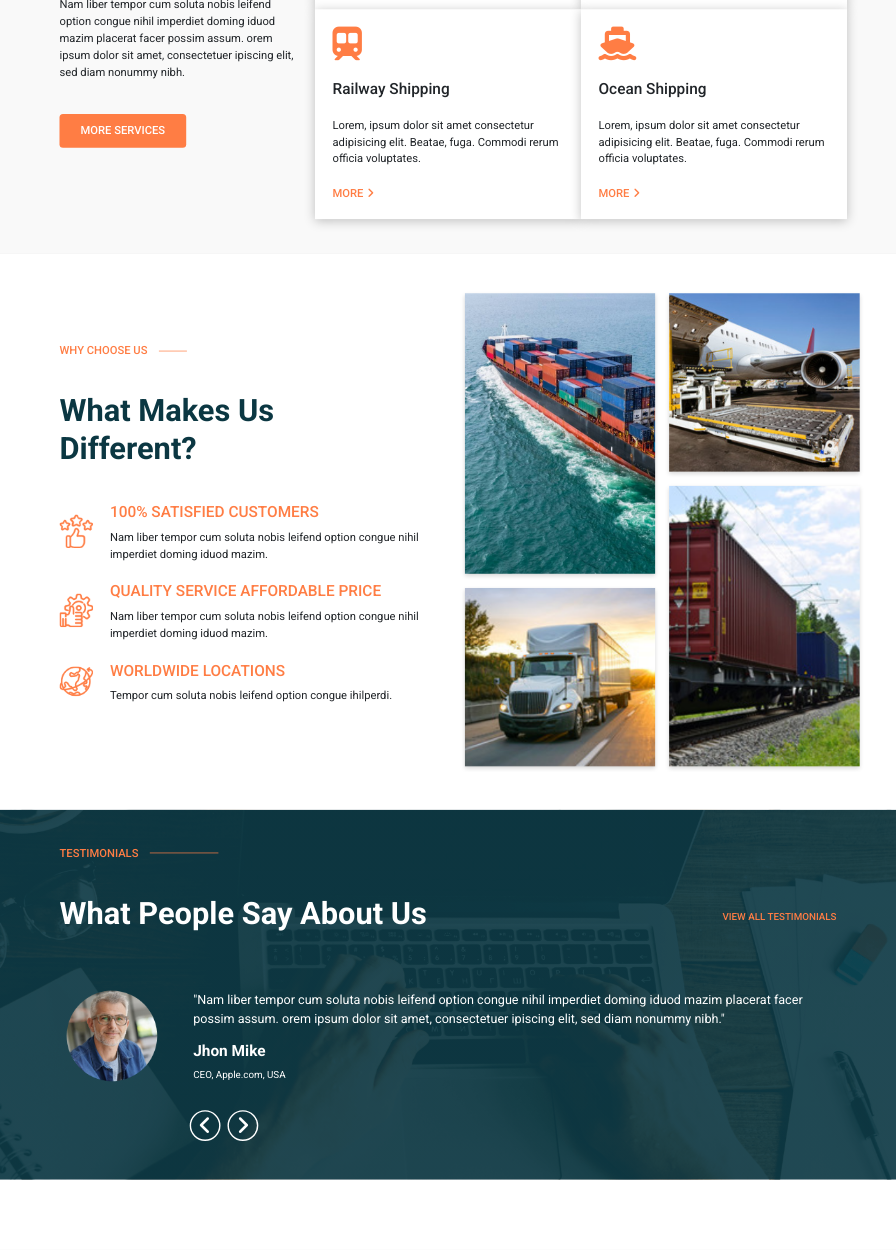
Repository: nazmulalok/shipping-theme
Page: index.html
The author's editor kept a copy of each file at every save. The page is drawn from the files as they stood at one save, then again after the next save.
The browser window is 1280 px wide. The pictures show the part of the page from y = 2050 to 3970 px (the page is 3835 px tall before and 3970 px after), at 70% of full size.
Some web libraries are served in a nearby version.

Above is the page before, as saved 2022-10-09 14:55:53.

### index.html
<!DOCTYPE html>
<html lang="en">

    <head>
        <meta charset="UTF-8">
        <meta http-equiv="X-UA-Compatible" content="IE=edge">
        <meta name="viewport" content="width=device-width, initial-scale=1.0">
        <link rel="preconnect" href="https://fonts.googleapis.com">
        <link rel="preconnect" href="https://fonts.gstatic.com" crossorigin>
        <link
            href="https://fonts.googleapis.com/css2?family=Roboto:ital,wght@0,300;0,400;0,500;0,700;0,900;1,300;1,400;1,500;1,700;1,900&display=swap"
            rel="stylesheet">
        <link rel="stylesheet"
            href="https://cdnjs.cloudflare.com/ajax/libs/OwlCarousel2/2.3.4/assets/owl.carousel.min.css"
            integrity="sha512-tS3S5qG0BlhnQROyJXvNjeEM4UpMXHrQfTGmbQ1gKmelCxlSEBUaxhRBj/EFTzpbP4RVSrpEikbmdJobCvhE3g=="
            crossorigin="anonymous" referrerpolicy="no-referrer" />
        <link rel="stylesheet"
            href="https://cdnjs.cloudflare.com/ajax/libs/OwlCarousel2/2.3.4/assets/owl.theme.default.min.css"
            integrity="sha512-sMXtMNL1zRzolHYKEujM2AqCLUR9F2C4/05cdbxjjLSRvMQIciEPCQZo++nk7go3BtSuK9kfa/s+a4f4i5pLkw=="
            crossorigin="anonymous" referrerpolicy="no-referrer" />
        <link rel="stylesheet" href="https://cdnjs.cloudflare.com/ajax/libs/font-awesome/6.2.0/css/all.min.css"
            integrity="sha512-xh6O/CkQoPOWDdYTDqeRdPCVd1SpvCA9XXcUnZS2FmJNp1coAFzvtCN9BmamE+4aHK8yyUHUSCcJHgXloTyT2A=="
            crossorigin="anonymous" referrerpolicy="no-referrer" />
        <link rel="stylesheet" href="https://cdn.jsdelivr.net/npm/bootstrap@4.0.0/dist/css/bootstrap.min.css"
            integrity="sha384-Gn5384xqQ1aoWXA+058RXPxPg6fy4IWvTNh0E263XmFcJlSAwiGgFAW/dAiS6JXm" crossorigin="anonymous">
        <link rel="stylesheet" href="style.css">
        <title>Document</title>
    </head>

    <body>
        <header class="header-top">
            <div class="container">
                <div class="top-bar">
                    <p class="m-0">Dolor sit amet, consetetur sadipscing elitr sed diam</p>
                    <div>
                        <span class="mr-4">Shipment Tracker</span>
                        <span>Login</span>
                    </div>
                </div>
                <div class="header-area">
                    <div class="logo">
                        <img src="images/shipping-logo.svg" alt="Shipping Logo">
                    </div>
                    <nav>
                        <ul>
                            <li><a href="#">Home</a></li>
                            <li><a href="#">About Us</a></li>
                            <li><a href="#">Service</a></li>
                            <li><a href="#">Project</a></li>
                            <li><a href="#">Blog</a></li>
                            <li><a href="#">News & Events</a></li>
                            <li><a href="#">Contact Us</a></li>
                        </ul>
                    </nav>
                    <div class="nav-btn">
                        <a class="common-btn mr-3" href="#">Get A Quote</a>
                        <i class="fa-solid fa-ellipsis-vertical"></i>
                    </div>
                </div>
            </div>
        </header>
        <!-- Slider -->
        <section>
            <div class="main-slider">
                <div class="container">
                    <div class="slide-content">
                        <div class="slide-text">
                            <div class="slider-title mb-4">Lorem ips<br>
                                dolor sit ametcon<br>
                                sadips cing</div>
                            <p>Nam liber tempor cum soluta nobis eleifend option</p>
                            <div class="sliderBtn mt-5"><a class="common-btn mr-4" href="#">Get Started Now</a><a
                                    class="common-btn outline-btn" href="#">Learn More</a></div>
                        </div>
                    </div>
                </div>
            </div>
        </section>
        <!-- Slider Ends -->
        <div class="common-sec">
            <div class="container">
                <div class="row align-items-center mb-5">
                    <div class="col-lg-6">
                        <h1 class="border-heading">Duis Autem Vel Eumri
                            Ure Dolor In Hend</h1>
                    </div>
                    <div class="col-lg-6">
                        <p class="ms-4">Nam liber tempor cum soluta nobis eleifend option congue nihil imperdiet doming
                            id quod mazim
                            placerat facer possim assum. Lorem ipsum dolor sit amet, consectetuer adipiscing.</p>
                    </div>
                </div>
                <div class="row mt-5">
                    <div class="col-lg-6">
                        <div class="video-box img-box img-shadow">
                            <img src="images/ship-products.jpg" alt="Ship Products" />
                            <a data-fancybox="" href="" class="video-btn">
                                <i class="fa fa-play"></i>
                            </a>
                        </div>
                        <div class="exp-section">
                            <div class="exp-title ml-4">
                                25
                            </div>
                            <div class="exp-paragraph">
                                Years <br>Experience <br>In It
                            </div>
                            <img src="images/exp-bg.png" alt="Experience">
                        </div>
                    </div>
                    <div class="col-lg-6">
                        <span class="sp-title">About Us</span>
                        <h2 class="mb-5">Lorem Ipsum Dolo
                            Sit Amet Conse</h2>
                        <p class="mb-5">Lorem ipsum dolor sit amet, consetetur sadipscing elitr, sed diam nonumy eirmod
                            tempor
                            invidunt.</p>
                        <div class="boxes">
                            <div class="common-box">
                                <div class="content">
                                    <i class="fa-solid fa-bullseye mb-4"></i>
                                    <div class="box-title mb-4">
                                        Our Mission
                                    </div>
                                    <p class="mb-4">Lorem, ipsum dolor sit amet consectetur adipisicing elit. Beatae,
                                        fuga. Commodi
                                        rerum
                                        officia voluptates.</p>
                                    <a href="#" class="more-btn">More</a>
                                </div>
                            </div>
                            <div class="common-box">
                                <div class="content">
                                    <i class="fa-regular fa-eye mb-4"></i>
                                    <div class="box-title mb-4">
                                        Our Vision
                                    </div>
                                    <p class="mb-4">Lorem, ipsum dolor sit amet consectetur adipisicing elit. Beatae,
                                        fuga. Commodi
                                        rerum
                                        officia voluptates.</p>
                                    <a href="#" class="more-btn">More</a>
                                </div>
                            </div>
                        </div>
                    </div>
                </div>
            </div>
        </div>
        <div class="common-sec service-sec">
            <div class="container">
                <div class="row align-items-center">
                    <div class="col-lg-4">
                        <span class="sp-title">Services</span>
                        <h2 class="mb-5">Our Services</h2>
                        <p class="mb-5">Nam liber tempor cum soluta nobis leifend option congue nihil imperdiet doming
                            iduod mazim placerat facer possim assum. orem ipsum dolor sit amet, consectetuer ipiscing
                            elit, sed diam nonummy nibh.</p>
                        <a href="#" class="common-btn">More Services</a>
                    </div>
                    <div class="col-lg-8">
                        <div class="row">
                            <div class="col-lg-6 p-0">
                                <div class="common-box">
                                    <div class="content">
                                        <i class="fa-solid fa-truck-moving mb-4"></i>
                                        <div class="box-title mb-4">
                                            Truck Shipping
                                        </div>
                                        <p class="mb-4">Lorem ipsum dolor sit amet, consetetur sadipscing elitr, sed
                                            diam nonumy eirmod tempor invidunt.</p>
                                        <a href="#" class="more-btn">More</a>
                                    </div>
                                </div>
                            </div>
                            <div class="col-lg-6 p-0">
                                <div class="common-box">
                                    <div class="content">
                                        <i class="fa-solid fa-plane mb-4"></i>
                                        <div class="box-title mb-4">
                                            Air Shipping
                                        </div>
                                        <p class="mb-4">Lorem ipsum dolor sit amet, consetetur sadipscing elitr, sed
                                            diam nonumy eirmod tempor invidunt.</p>
                                        <a href="#" class="more-btn">More</a>
                                    </div>
                                </div>
                            </div>
                            <div class="col-lg-6 p-0">
                                <div class="common-box">
                                    <div class="content">
                                        <i class="fa-solid fa-train-subway mb-4"></i>
                                        <div class="box-title mb-4">
                                            Railway Shipping
                                        </div>
                                        <p class="mb-4">Lorem, ipsum dolor sit amet consectetur adipisicing elit.
                                            Beatae,
                                            fuga. Commodi
                                            rerum
                                            officia voluptates.</p>
                                        <a href="#" class="more-btn">More</a>
                                    </div>
                                </div>
                            </div>
                            <div class="col-lg-6 p-0">
                                <div class="common-box">
                                    <div class="content">
                                        <i class="fa-solid fa-ship mb-4"></i>
                                        <div class="box-title mb-4">
                                            Ocean Shipping
                                        </div>
                                        <p class="mb-4">Lorem, ipsum dolor sit amet consectetur adipisicing elit.
                                            Beatae,
                                            fuga. Commodi
                                            rerum
                                            officia voluptates.</p>
                                        <a href="#" class="more-btn">More</a>
                                    </div>
                                </div>
                            </div>
                        </div>
                    </div>
                </div>
            </div>
        </div>
        <div class="common-sec why-choose-sec">
            <div class="container">
                <div class="row align-items-center">
                    <div class="col-lg-6">
                        <span class="sp-title">Why Choose Us</span>
                        <h3 class="mb-5">What Makes Us <br>
                            Different?</h3>
                        <div class="why-choose-box">
                            <div class="common-box d-flex align-items-center mb-4">
                                <div class="img-box mr-4">
                                    <img src="images/satisfied-customers.png" alt="Satisfied Customers">
                                </div>
                                <div>
                                    <div class="box-title mb-2">
                                        100% Satisfied Customers
                                    </div>
                                    <p>Nam liber tempor cum soluta nobis leifend option congue nihil imperdiet
                                        doming iduod mazim.</p>
                                </div>
                            </div>
                            <div class="common-box d-flex align-items-center mb-4">
                                <div class="img-box mr-4">
                                    <img src="images/quality-services.png" alt="Quality Services">
                                </div>
                                <div>
                                    <div class="box-title mb-2">
                                        Quality Service Affordable Price
                                    </div>
                                    <p>Nam liber tempor cum soluta nobis leifend option congue nihil imperdiet
                                        doming iduod mazim.</p>
                                </div>
                            </div>
                            <div class="common-box d-flex align-items-center mb-4">
                                <div class="img-box mr-4">
                                    <img src="images/worldwide-locations.png" alt="Worldwide Locations">
                                </div>
                                <div>
                                    <div class="box-title mb-2">
                                        Worldwide Locations
                                    </div>
                                    <p>Tempor cum soluta nobis leifend option congue ihilperdi.</p>
                                </div>
                            </div>
                        </div>
                    </div>
                    <div class="col-lg-6">
                        <div class="img-box">
                            <img src="images/why-choose-shipping.png" alt="Why Choose Shipping">
                        </div>
                    </div>
                </div>
            </div>
        </div>
        <div class="py-50 testimonial-sec">
            <div class="container">
                <span class="sp-title">Testimonials</span>
                <div class="flex-heading d-flex justify-content-between">
                    <h3>What People Say About Us</h3>
                    <span class="sp-title no-border">View All Testimonials</span>
                </div>
                <div class="testimonial-slider owl-carousel owl-theme mt-5">
                    <div class="item">
                        <div class="common-box d-flex align-items-center">
                            <div class="img-box mr-3">
                                <img src="images/testimonial-user.png" alt="User">
                            </div>
                            <div class="content">
                                <p>"Nam liber tempor cum soluta nobis leifend option congue nihil imperdiet doming iduod
                                    mazim placerat facer possim assum. orem ipsum dolor sit amet, consectetuer ipiscing
                                    elit, sed diam nonummy nibh."</p>
                                <div class="user-details">
                                    <p class="mb-2">Jhon Mike</p>
                                    <p>CEO, Apple.com, USA</p>
                                </div>
                            </div>
                        </div>
                    </div>
                    <div class="item">
                        <div class="common-box d-flex align-items-center">
                            <div class="img-box mr-3">
                                <img src="images/testimonial-user.png" alt="User">
                            </div>
                            <div class="content">
                                <p>"Nam liber tempor cum soluta nobis leifend option congue nihil imperdiet doming iduod
                                    mazim placerat facer possim assum. orem ipsum dolor sit amet, consectetuer ipiscing
                                    elit, sed diam nonummy nibh."</p>
                                <div class="user-details">
                                    <p class="mb-2">Jhon Mike</p>
                                    <p>CEO, Apple.com, USA</p>
                                </div>
                            </div>
                        </div>
                    </div>
                    <div class="item">
                        <div class="common-box d-flex align-items-center">
                            <div class="img-box mr-3">
                                <img src="images/testimonial-user.png" alt="User">
                            </div>
                            <div class="content">
                                <p>"Nam liber tempor cum soluta nobis leifend option congue nihil imperdiet doming iduod
                                    mazim placerat facer possim assum. orem ipsum dolor sit amet, consectetuer ipiscing
                                    elit, sed diam nonummy nibh."</p>
                                <div class="user-details">
                                    <p class="mb-2">Jhon Mike</p>
                                    <p>CEO, Apple.com, USA</p>
                                </div>
                            </div>
                        </div>
                    </div>
                </div>
            </div>
        </div>
        <div class="common-sec">
            <div class="container">

            </div>
        </div>














        <script src="https://code.jquery.com/jquery-3.2.1.slim.min.js"
            integrity="sha384-KJ3o2DKtIkvYIK3UENzmM7KCkRr/rE9/Qpg6aAZGJwFDMVNA/GpGFF93hXpG5KkN"
            crossorigin="anonymous"></script>
        <script src="https://cdn.jsdelivr.net/npm/popper.js@1.12.9/dist/umd/popper.min.js"
            integrity="sha384-ApNbgh9B+Y1QKtv3Rn7W3mgPxhU9K/ScQsAP7hUibX39j7fakFPskvXusvfa0b4Q"
            crossorigin="anonymous"></script>
        <script src="https://cdn.jsdelivr.net/npm/bootstrap@4.0.0/dist/js/bootstrap.min.js"
            integrity="sha384-JZR6Spejh4U02d8jOt6vLEHfe/JQGiRRSQQxSfFWpi1MquVdAyjUar5+76PVCmYl"
            crossorigin="anonymous"></script>
        <script src="https://cdnjs.cloudflare.com/ajax/libs/jquery/3.6.1/jquery.min.js"
            integrity="sha512-aVKKRRi/Q/YV+4mjoKBsE4x3H+BkegoM/em46NNlCqNTmUYADjBbeNefNxYV7giUp0VxICtqdrbqU7iVaeZNXA=="
            crossorigin="anonymous" referrerpolicy="no-referrer"></script>
        <script src="https://cdnjs.cloudflare.com/ajax/libs/OwlCarousel2/2.3.4/owl.carousel.min.js"
            integrity="sha512-bPs7Ae6pVvhOSiIcyUClR7/q2OAsRiovw4vAkX+zJbw3ShAeeqezq50RIIcIURq7Oa20rW2n2q+fyXBNcU9lrw=="
            crossorigin="anonymous" referrerpolicy="no-referrer"></script>
        <script src="script.js"></script>
    </body>

</html>

Loaded but not shown: script.js (21 lines, source omitted); style.css (577 lines, source omitted)

After the next save:
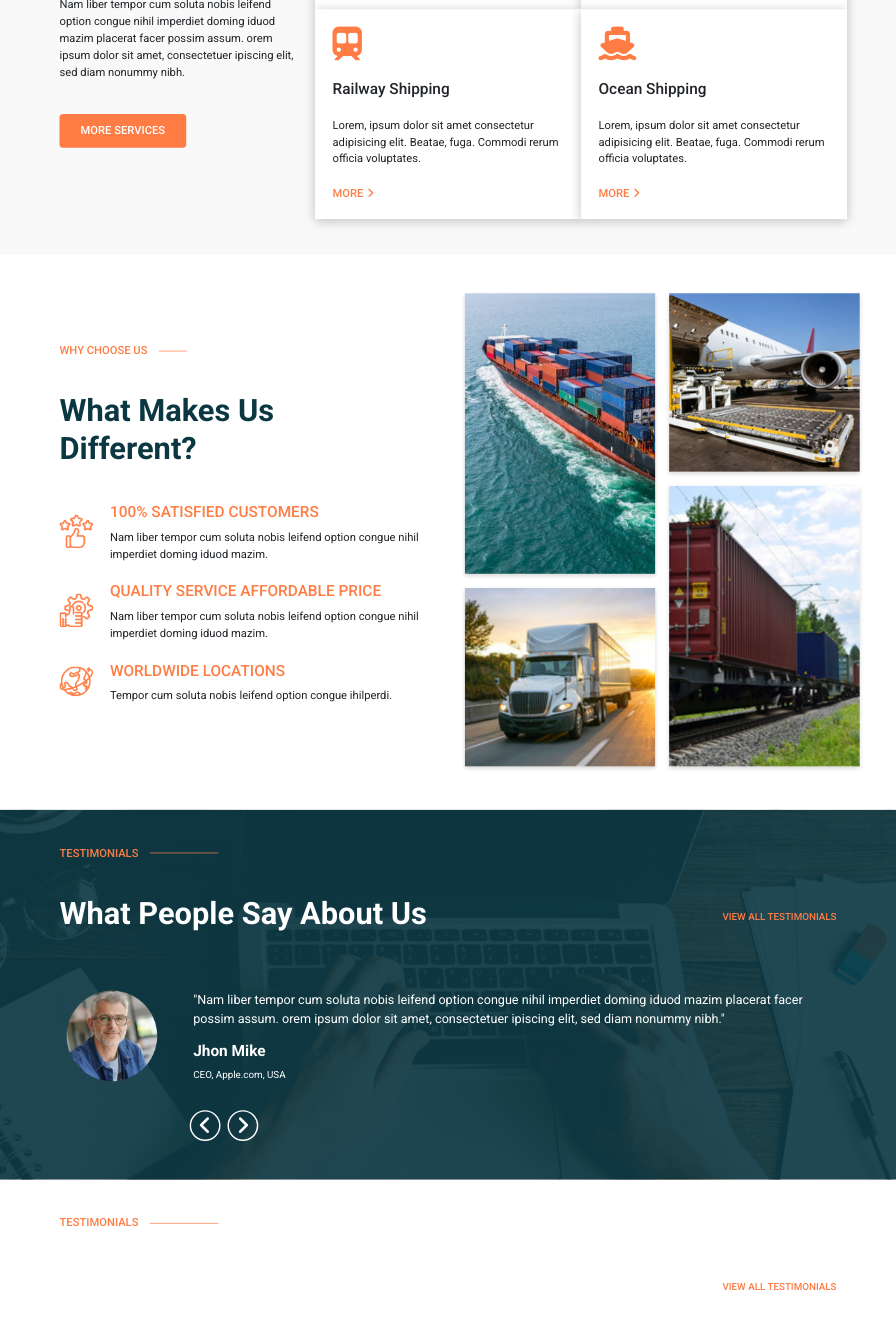
Saved 15 s later.
--- a/index.html
+++ b/index.html
@@ -337,7 +337,11 @@
         </div>
         <div class="common-sec">
             <div class="container">
-
+                <span class="sp-title">Testimonials</span>
+                <div class="flex-heading d-flex justify-content-between">
+                    <h3>What People Say About Us</h3>
+                    <span class="sp-title no-border">View All Testimonials</span>
+                </div>
             </div>
         </div>
 
